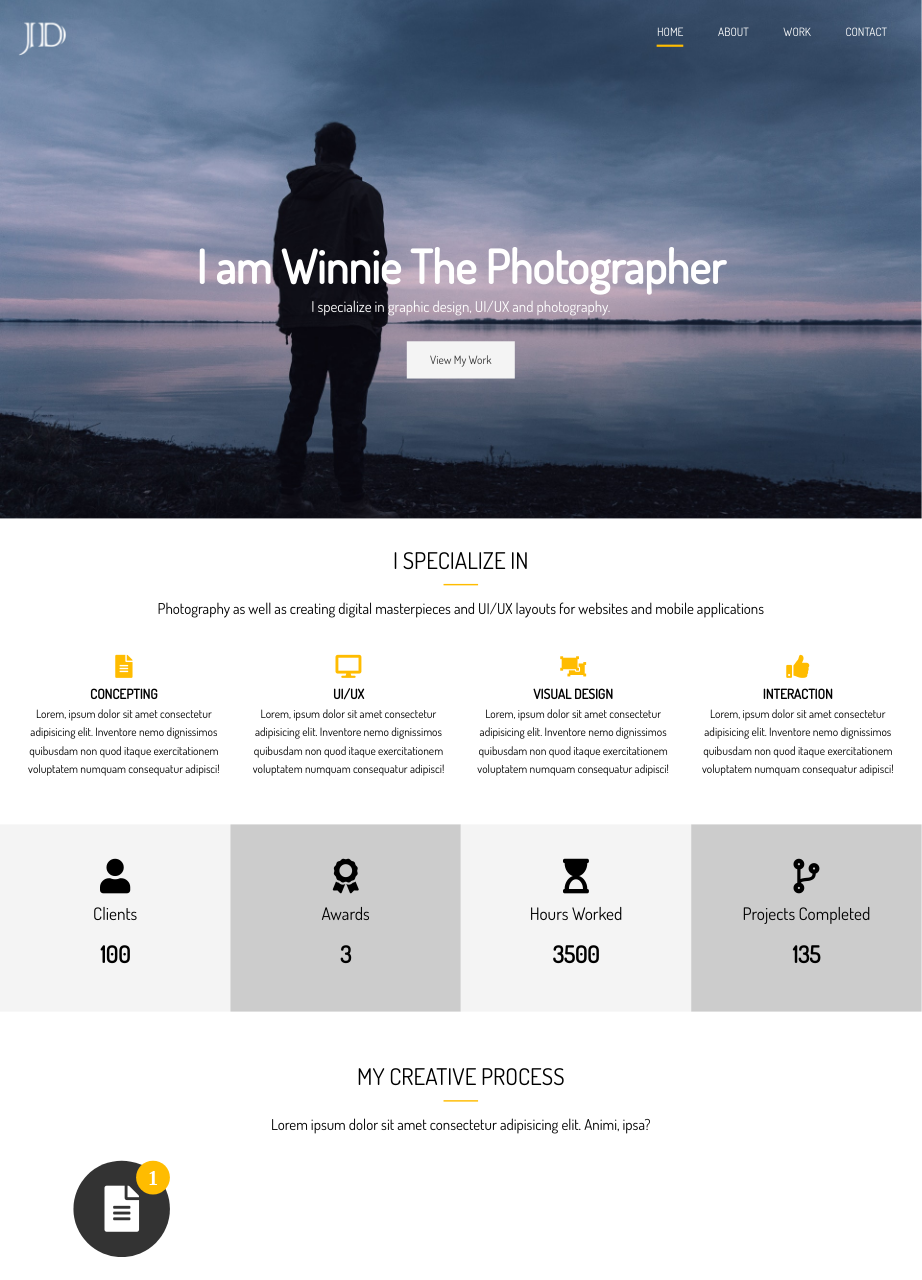
Repository: minhtien9/Portfolio_Website
Page: diet/index.html
An editor plug-in stored every save of this project. The page is shown before and after the next save, followed by the edit.
The browser window is 1280 px wide. The pictures show the whole page, at 72% of full size.

Above is the page before, as saved 2021-08-28 22:33:20.

After the next save:
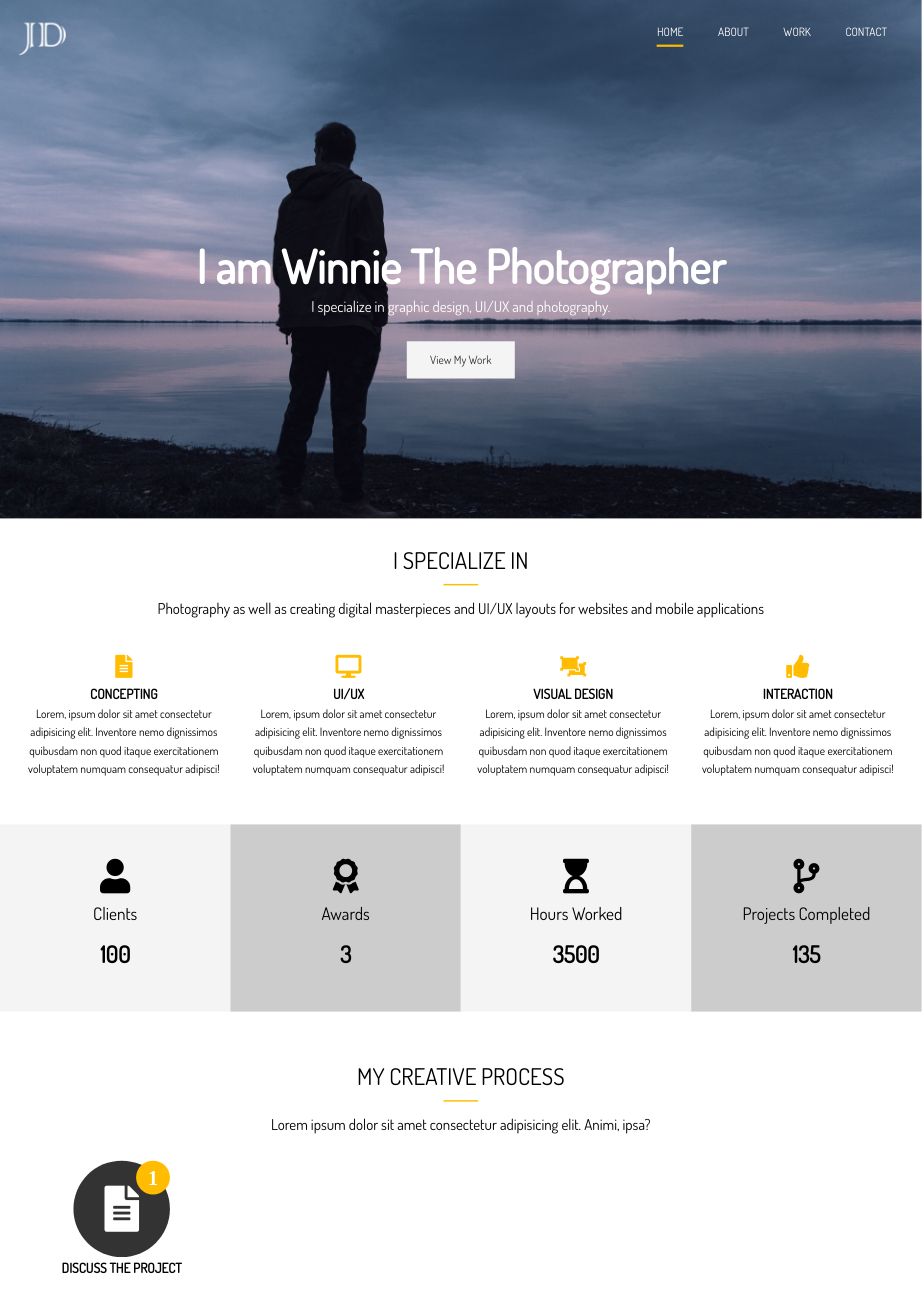
Saved 32 s later.
--- a/diet/index.html
+++ b/diet/index.html
@@ -144,6 +144,8 @@
             <i class="fas fa-file-alt fa-4x process-icon my-2">
               <div class="process-step">1</div>
             </i>
+            <div class="clr"></div>
+            <h3>Discuss The Project</h3>
           </div>
         </div>
       </div>
